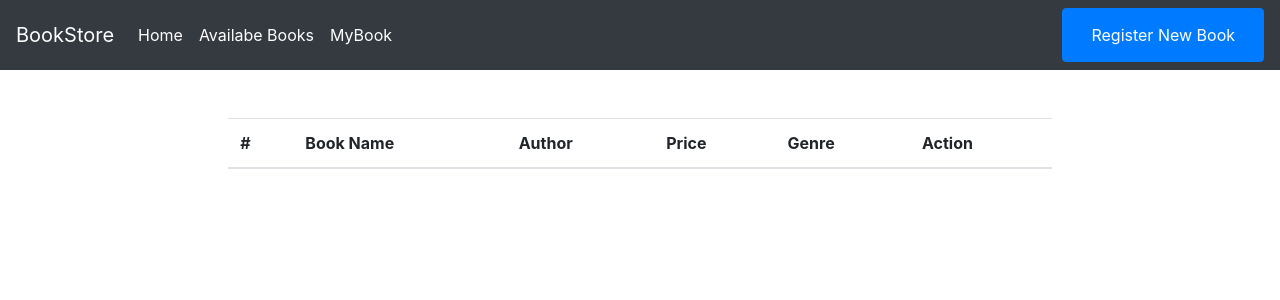
Repository: Sumanta-Sahoo/BookStoreApp
Page: http://localhost/myBooks
These files come from the project's save history. The page is drawn as it stood at one moment and after the next save; the edit follows.
The browser window is 1280 px wide. The pictures show the whole page.
The page is this project's Thymeleaf template; nobody is signed in. The template is opened directly, without the code that normally fills it, so the values that code supplies are empty.

Above is the page before, as saved 2024-03-19 07:03:45.

### bookstore/src/main/resources/templates/myBooks.html
<!doctype html>
<html lang="en" xmlns:th="https://www.thymeleaf.com">

<head>
	<!-- Required meta tags -->
	<meta charset="utf-8">
	<meta name="viewport" content="width=device-width, initial-scale=1, shrink-to-fit=no">

	<!-- Bootstrap CSS -->
	<link rel="stylesheet" href="https://cdn.jsdelivr.net/npm/bootstrap@4.4.1/dist/css/bootstrap.min.css"
		integrity="sha384-Vkoo8x4CGsO3+Hhxv8T/Q5PaXtkKtu6ug5TOeNV6gBiFeWPGFN9MuhOf23Q9Ifjh" crossorigin="anonymous">

	<title>BookStore</title>
</head>

<body>
	<nav class="navbar navbar-expand-lg navbar-light bg-dark">
		<a class="navbar-brand text-white" href="/">BookStore</a>
		<button class="navbar-toggler" type="button" data-toggle="collapse" data-target="#navbarSupportedContent"
			aria-controls="navbarSupportedContent" aria-expanded="false" aria-label="Toggle navigation">
			<span class="navbar-toggler-icon"></span>
		</button>

		<div class="collapse navbar-collapse" id="navbarSupportedContent">
			<ul class="navbar-nav mr-auto">
				<li class="nav-item active">
					<a class="nav-link text-white" href="/">Home</a>
				</li>
				<li class="nav-item">
					<a class="nav-link text-white" href="availabe_books">Availabe Books</a>
				</li>
				<li class="nav-item">
					<a class="nav-link text-white" href="my_books">MyBook</a>
				</li>
			</ul>
			<div>
				<button type="button" class="btn btn-primary"><a class="nav-link text-white"
						href="bookRegister">Register New Book</a></button>
			</div>

		</div>
	</nav>


	<div class="container my-5 col-md-8">
		<table class="table  table-striped table-hover">
			<thead>
				<tr>
					<th scope="col">#</th>
					<th scope="col">Book Name</th>
					<th scope="col">Author</th>
					<th scope="col">Price</th>
					<th scope="col">Genre</th>
					<th scope="col">Action</th>
				</tr>
			</thead>
			<tbody>
				<tr th:each="b:${myBook}">
					<td th:text="${b.myBookId}"></td>
					<td th:text="${b.myBookName}"></td>
					<td th:text="${b.myBookAuthor}"></td>
					<td th:text="${b.myBookPrice}"></td>
					<td th:text="${b.myBookGenre}"></td>
					<td class="btn btn-secondary btn-sm">Add to myBook</td>
				</tr>
			</tbody>
		</table>
	</div>

	<!-- Optional JavaScript -->
	<!-- jQuery first, then Popper.js, then Bootstrap JS -->
	<script src="https://code.jquery.com/jquery-3.4.1.slim.min.js"
		integrity="sha384-J6qa4849blE2+poT4WnyKhv5vZF5SrPo0iEjwBvKU7imGFAV0wwj1yYfoRSJoZ+n"
		crossorigin="anonymous"></script>
	<script src="https://cdn.jsdelivr.net/npm/popper.js@1.16.0/dist/umd/popper.min.js"
		integrity="sha384-Q6E9RHvbIyZFJoft+2mJbHaEWldlvI9IOYy5n3zV9zzTtmI3UksdQRVvoxMfooAo"
		crossorigin="anonymous"></script>
	<script src="https://cdn.jsdelivr.net/npm/bootstrap@4.4.1/dist/js/bootstrap.min.js"
		integrity="sha384-wfSDF2E50Y2D1uUdj0O3uMBJnjuUD4Ih7YwaYd1iqfktj0Uod8GCExl3Og8ifwB6"
		crossorigin="anonymous"></script>
</body>

</html>

After the next save:
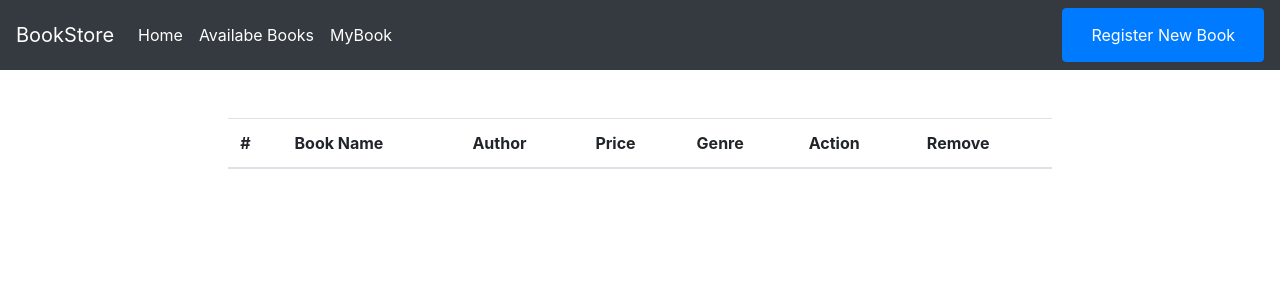
Saved 39 s later.
--- a/bookstore/src/main/resources/templates/myBooks.html
+++ b/bookstore/src/main/resources/templates/myBooks.html
@@ -52,6 +52,7 @@
 					<th scope="col">Price</th>
 					<th scope="col">Genre</th>
 					<th scope="col">Action</th>
+					<th scope="col">Remove</th>
 				</tr>
 			</thead>
 			<tbody>
@@ -62,6 +63,7 @@
 					<td th:text="${b.myBookPrice}"></td>
 					<td th:text="${b.myBookGenre}"></td>
 					<td class="btn btn-secondary btn-sm">Add to myBook</td>
+					<td class="btn btn-secondary btn-sm">Remove</td>
 				</tr>
 			</tbody>
 		</table>
